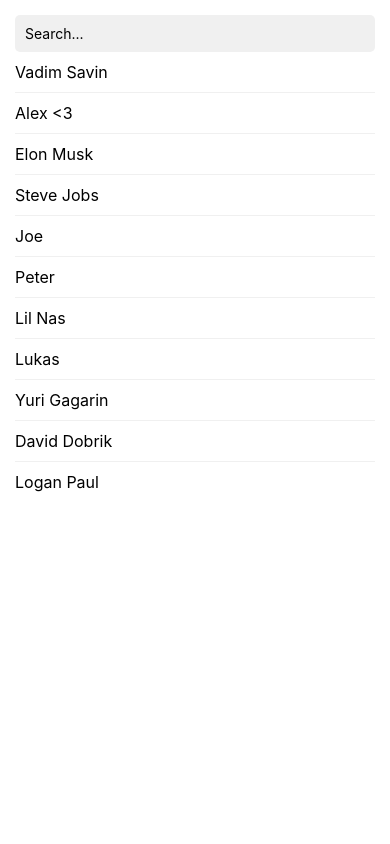
Repository: JennaFi/VideoCallApp
Screen: /
These files come from the project's save history. The screen is drawn as it stood at one moment and after the next save; the edit follows.
The app was drawn by React Native's web renderer in a window 390 px wide. The project was rebuilt for these pictures with package versions that can differ from the ones it lists, and the page was loaded fresh each time.

Above is the screen before, as saved 2022-01-11 16:31:03.

### App.js
/**
 * Sample React Native App
 * https://github.com/facebook/react-native
 *
 * @format
 * @flow strict-local
 */


import React from 'react'
import {
  SafeAreaView, StatusBar
} from 'react-native'
import ContactsScreen from './src/screens/ContactsScreen'




const App = () => {


  return (
    <SafeAreaView >
      <StatusBar barStyle={'dark-content'} />

      <ContactsScreen />

    </SafeAreaView>
  )
}



export default App

### src/screens/ContactsScreen/index.js
import React, { useState } from 'react'
import { FlatList, StyleSheet, Text, TextInput, View } from 'react-native'
import contacts from '../../../assets/data/contacts.json'


const ContactsScreen = () => {

  const [searchTerm, setSearchTerm] = useState('')
  return (
    <View style={styles.page}>
      <TextInput v
        value={searchTerm}
        onChangeText={setSearchTerm}
        style={styles.searchInput}
        placeholder='Search...' />
      <FlatList
        data = {contacts}
        renderItem={({item}) => (
          <Text style={styles.contactName}>{item.user_display_name}</Text>)}
        ItemSeparatorComponent={() => <View style={styles.separator}/>}
      />

    </View>
  )
}

const styles = StyleSheet.create({
  page: {
    padding: 15
  },

  contactName: {
    fontSize: 16,
    marginVertical: 10,
  },
  separator: {
    width: '100%',
    height: 1,
    backgroundColor: '#f0f0f0'
  },
  searchInput: {
    backgroundColor: '#f0f0f0',
    padding: 10,
    borderRadius: 5,

  }
})

export default ContactsScreen

### assets/data/contacts.json
[
  {
    "user_id": "1",
    "user_name": "vadim",
    "user_display_name": "Vadim Savin"
  },
  {
    "user_id": "2",
    "user_name": "alex",
    "user_display_name": "Alex <3"
  },
  {
    "user_id": "3",
    "user_name": "elonmusk",
    "user_display_name": "Elon Musk"
  },
  {
    "user_id": "4",
    "user_name": "jobs",
    "user_display_name": "Steve Jobs"
  },
  {
    "user_id": "5",
    "user_name": "joe",
    "user_display_name": "Joe"
  },
  {
    "user_id": "6",
    "user_name": "peter",
    "user_display_name": "Peter"
  },
  {
    "user_id": "7",
    "user_name": "lilnas",
    "user_display_name": "Lil Nas"
  },
  {
    "user_id": "8",
    "user_name": "Lukas",
    "user_display_name": "Lukas"
  },
  {
    "user_id": "9",
    "user_name": "Yuri",
    "user_display_name": "Yuri Gagarin"
  },
  {
    "user_id": "10",
    "user_name": "David",
    "user_display_name": "David Dobrik"
  },
  {
    "user_id": "11",
    "user_name": "Logan",
    "user_display_name": "Logan Paul"
  }
]

After the next save:
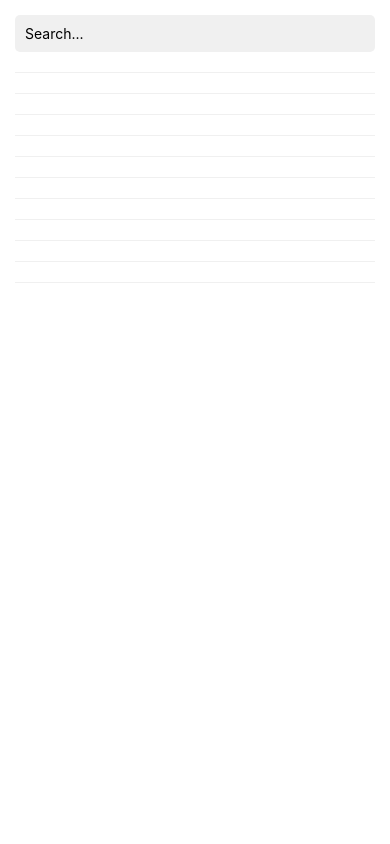
Saved 6 min 25 s later.
--- a/src/screens/ContactsScreen/index.js
+++ b/src/screens/ContactsScreen/index.js
@@ -1,11 +1,12 @@
 import React, { useState } from 'react'
 import { FlatList, StyleSheet, Text, TextInput, View } from 'react-native'
-import contacts from '../../../assets/data/contacts.json'
 
 
 const ContactsScreen = () => {
 
   const [searchTerm, setSearchTerm] = useState('')
+  const [filteredContacts, setFilteredContacts] = useState('baseContacts')
+
   return (
     <View style={styles.page}>
       <TextInput v
@@ -14,7 +15,7 @@
         style={styles.searchInput}
         placeholder='Search...' />
       <FlatList
-        data = {contacts}
+        data = {filteredContacts}
         renderItem={({item}) => (
           <Text style={styles.contactName}>{item.user_display_name}</Text>)}
         ItemSeparatorComponent={() => <View style={styles.separator}/>}

After the save that followed:
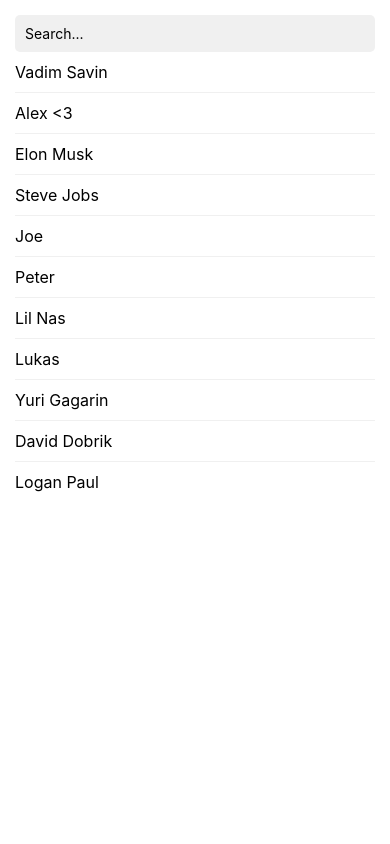
Saved 35 s later.
--- a/src/screens/ContactsScreen/index.js
+++ b/src/screens/ContactsScreen/index.js
@@ -1,11 +1,12 @@
 import React, { useState } from 'react'
 import { FlatList, StyleSheet, Text, TextInput, View } from 'react-native'
+import baseContacts from '../../../assets/data/contacts.json'
 
 
 const ContactsScreen = () => {
 
   const [searchTerm, setSearchTerm] = useState('')
-  const [filteredContacts, setFilteredContacts] = useState('baseContacts')
+  const [filteredContacts, setFilteredContacts] = useState(baseContacts)
 
   return (
     <View style={styles.page}>
